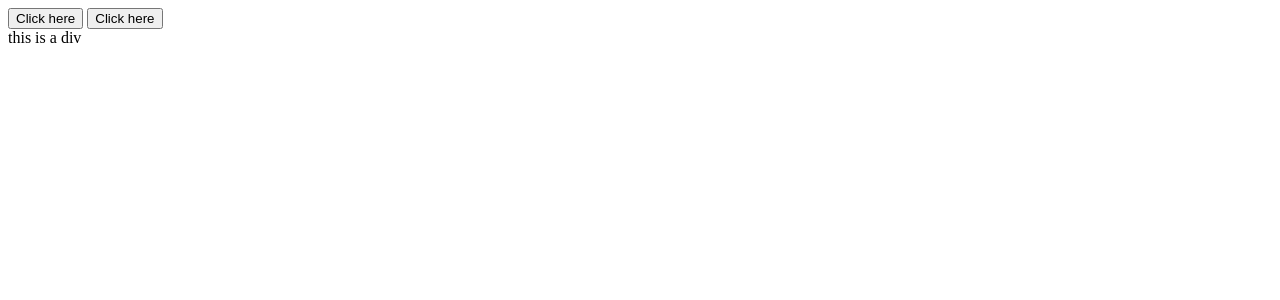
Repository: phulkeshwarmahto/CompleteJS
Page: indi.html
The author's editor kept a copy of each file at every save. The page is drawn from the files as they stood at one save, then again after a run of saves.
The browser window is 1280 px wide. The pictures show the whole page.

Above is the page before, as saved 2025-07-02 11:33:02.

After the next 2 saves:
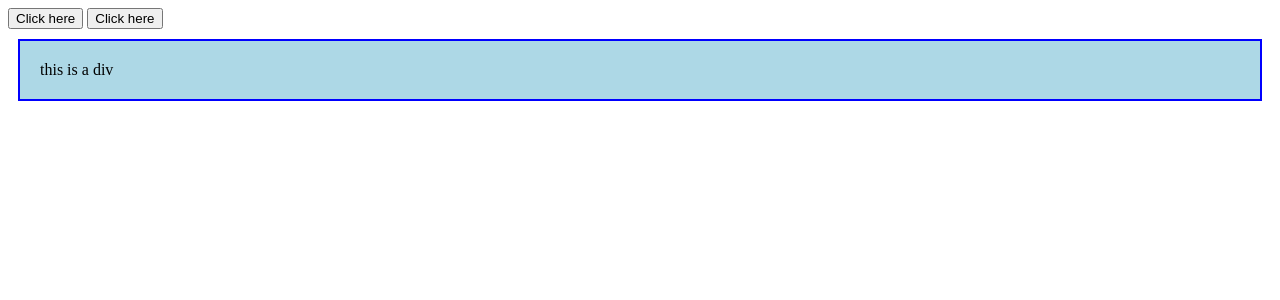
The 2 saves are shown as one change because they came seconds apart.
The last was saved 6 s later.
--- a/indi.html
+++ b/indi.html
@@ -4,6 +4,7 @@
     <meta charset="UTF-8">
     <meta name="viewport" content="width=device-width, initial-scale=1.0">
     <title>Document</title>
+    <link rel="stylesheet" href="events.css">
 </head>
 <body>
     <button onclick="console.log('you clicked this button');alert('hello!')">Click here</button>
